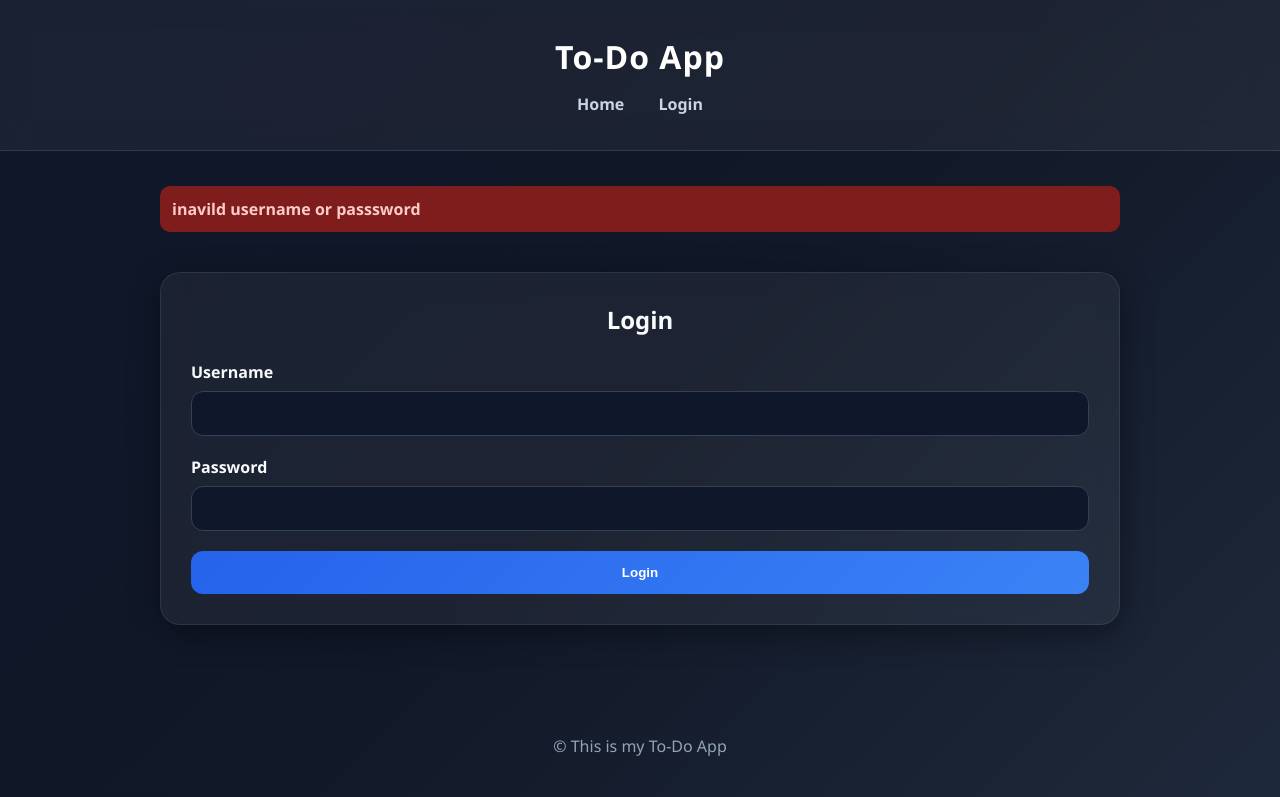
Repository: sristigupta04/todo-app_flask
Page: http://localhost/login
An editor plug-in stored every save of this project. The page is shown before and after the next save, followed by the edit.
The browser window is 1280 px wide. The pictures show the whole page.
The page is served by the project's application, run on Flask 3 (app/__init__.py).

Above is the page before, as saved 2026-05-31 20:07:56.

After the next save:
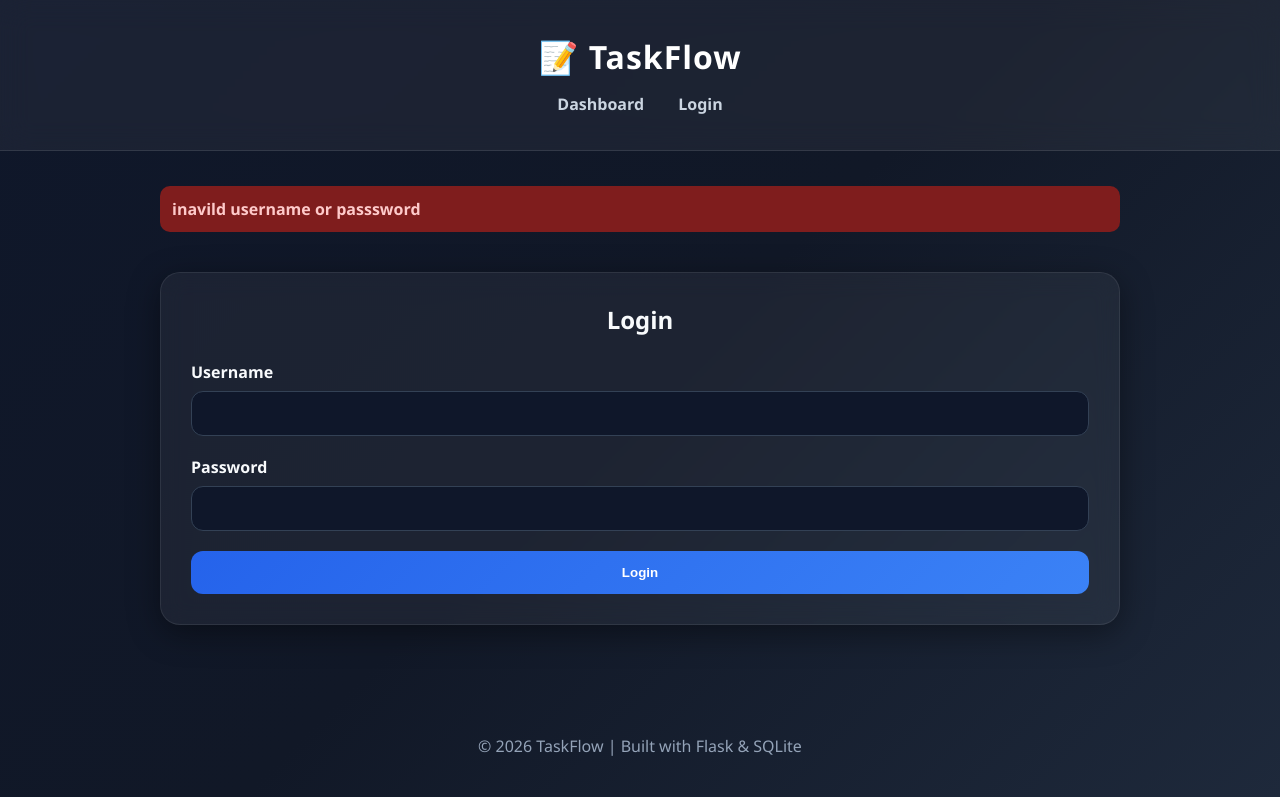
Saved 3 min 18 s later.
--- a/app/templates/base.html
+++ b/app/templates/base.html
@@ -3,7 +3,8 @@
 <head>
     <meta charset="UTF-8">
     <meta name="viewport" content="width=device-width, initial-scale=1.0">
-    <title>{% block title %}Todo App{% endblock %}</title>
+
+    <title>{% block title %}TaskFlow{% endblock %}</title>
 
     <link rel="stylesheet"
           href="{{ url_for('static', filename='css/styles.css') }}">
@@ -12,29 +13,43 @@
 <body>
 
 <header>
-    <div class="container">
-        <h1>To-Do App</h1>
+    <div class="container header-container">
+
+        <div class="logo">
+            <h1>📝 TaskFlow</h1>
+        </div>
 
         <nav>
-            <a href="{{ url_for('tasks.view_tasks') }}">Home</a>
+
+            <a href="{{ url_for('tasks.view_tasks') }}">
+                Dashboard
+            </a>
 
             {% if 'user' in session %}
-                <a href="{{ url_for('auth.logout') }}">Logout</a>
+                <a href="{{ url_for('auth.logout') }}">
+                    Logout
+                </a>
             {% else %}
-                <a href="{{ url_for('auth.login') }}">Login</a>
+                <a href="{{ url_for('auth.login') }}">
+                    Login
+                </a>
             {% endif %}
+
         </nav>
+
     </div>
 </header>
 
 <main class="container">
 
     {% with messages = get_flashed_messages(with_categories=True) %}
-        {% for category, message in messages %}
-            <div class="flash {{ category }}">
-                {{ message }}
-            </div>
-        {% endfor %}
+        {% if messages %}
+            {% for category, message in messages %}
+                <div class="flash {{ category }}">
+                    {{ message }}
+                </div>
+            {% endfor %}
+        {% endif %}
     {% endwith %}
 
     {% block content %}
@@ -44,7 +59,9 @@
 
 <footer>
     <div class="container">
-        <p>&copy; This is my To-Do App</p>
+        <p>
+            © 2026 TaskFlow | Built with Flask & SQLite
+        </p>
     </div>
 </footer>
 
